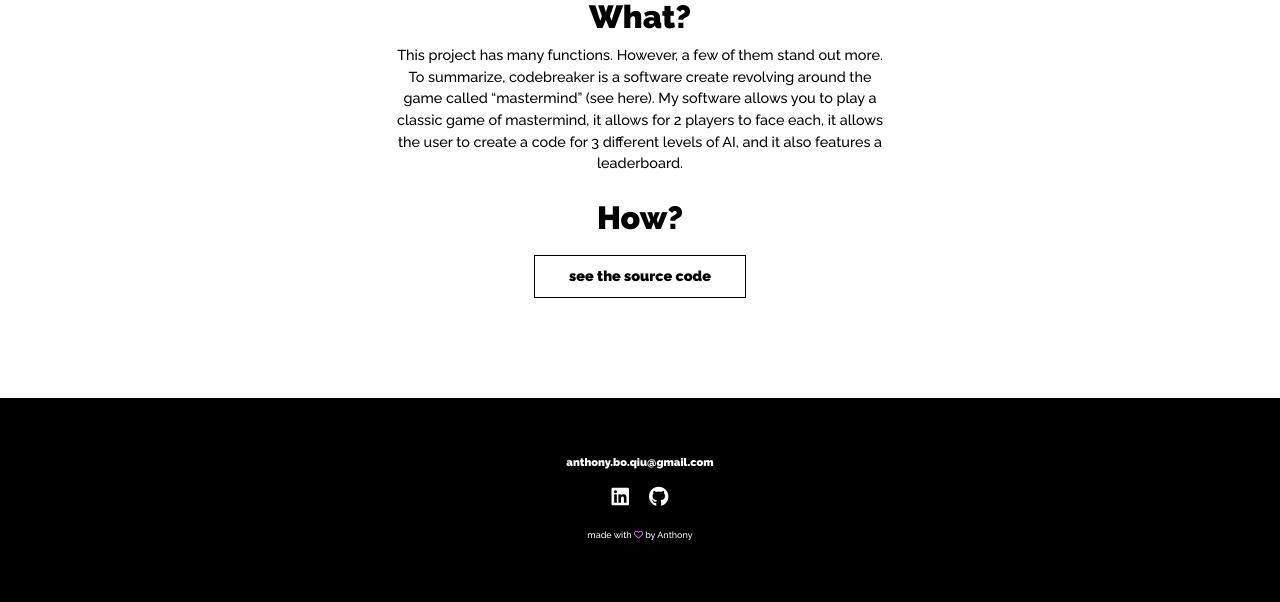
Repository: 7UM1N/anthonyq.github.io
Page: codebreaker.html
These files come from the project's save history. The page is drawn as it stood at one moment and after the next save; the edit follows.
The browser window is 1280 px wide. The pictures show the part of the page from y = 837 to 1789 px (the page is 1439 px tall before and 1848 px after).

Above is the page before, as saved 2023-01-10 19:17:41.

### codebreaker.html
<!DOCTYPE html>
<html lang="en">
    <head>
        <meta charset="UTF-8">
        <meta name="viewport" content="width=device-width, initial-scale=1.0">
        <title>Anthony Qiu</title>
        <link rel="stylesheet" href="https://cdnjs.cloudflare.com/ajax/libs/normalize/8.0.1/normalize.min.css" integrity="sha512-NhSC1YmyruXifcj/KFRWoC561YpHpc5Jtzgvbuzx5VozKpWvQ+4nXhPdFgmx8xqexRcpAglTj9sIBWINXa8x5w==" crossorigin="anonymous" referrerpolicy="no-referrer" />
        <link rel="stylesheet" href="https://cdnjs.cloudflare.com/ajax/libs/font-awesome/6.2.1/css/all.min.css" integrity="sha512-MV7K8+y+gLIBoVD59lQIYicR65iaqukzvf/nwasF0nqhPay5w/9lJmVM2hMDcnK1OnMGCdVK+iQrJ7lzPJQd1w==" crossorigin="anonymous" referrerpolicy="no-referrer" />
        <link rel="stylesheet" href="css/style.css">
        <link rel="preconnect" href="https://fonts.googleapis.com">
        <link rel="preconnect" href="https://fonts.gstatic.com" crossorigin>
        <link href="https://fonts.googleapis.com/css2?family=Raleway:ital,wght@0,100;0,200;0,300;0,400;0,500;0,600;0,700;0,800;0,900;1,100;1,200;1,300;1,400;1,500;1,600;1,700;1,800;1,900&display=swap" rel="stylesheet">
    </head>
    <body>

        <!-- header -->
        <section class="sub-header sub-header-launcho">
            <nav>
                <a class="logo" href="index.html">
                    <strong>ANTHONY</strong> QIU
                </a>
                <div class="nav-links" id="navLinks">
                    <ul>
                        <i class="fa-solid fa-xmark" onclick="hideMenu()"></i>
                        <li><a href="index.html" >HOME</a></li>
                        <li><a href="index.html#projects">PROJECTS</a></li>
                        <li><a href="contact.html">CONTACT</a></li>
                    </ul>
                </div>
                <i class="fa-solid fa-bars" onclick="showMenu()"></i>
            </nav>
            <div class="text-box">
                <h1>Launcho</h1>
                <p>
                    spring powered toy rocket
                </p>
            </div>
            <div class="scroll">
                <p>S C R O L L<br><i class="fa-solid fa-sort-down"></i></p>
            </div>
        </section>

        <!-- content -->
        <section class="portfolio-item-section">
            <h2>What?</h2>
            <p>
                This project has many functions. However, a few of them stand out more. To summarize, codebreaker is a software create revolving around the game called “mastermind” (see here). My software allows you to play a classic game of mastermind, it allows for 2 players to face each, it allows the user to create a code for 3 different levels of AI, and it also features a leaderboard.
            </p>
            <h2>How?</h2>
            <a href="https://github.com/anthonyqiu/codebreaker" download class="hero-btn inverse-btn"><strong>see the source code</strong></a>
        </section>

        <!-- footer -->
        <footer class="footer">
            <a href="mailto:anthony.bo.qiu@gmail.com" class="email">anthony.bo.qiu@gmail.com</a>
            <ul class="socials">
                <li class="socials-item">
                    <a class="social-item-link" href="https://www.linkedin.com/in/anthonyboqiu">
                        <i class="fa-brands fa-linkedin"></i>
                    </a>
                </li>
                <li class="socials-item">
                    <a class="social-item-link" href="https://github.com/anthonyqiu">
                        <i class="fa-brands fa-github"></i>
                    </a>
                </li>
            </ul>
            <P class="love">made with <i class="fa-regular fa-heart"></i> by Anthony</p>
        </footer>

        <!-- javascript-->
        <script src="js/index.js"></script>
    </body>
</html>

### css/style.css
/*custom properties*/
:root {
    --ff-primary: 'Raleway', sans-serif;
    --ff-secondary: 'Raleway', sans-serif;

    --fw-reg: 500;
    --fw-bold: 850;

    --clr-light: #fff;
    --clr-dark: #000000;
    --clr-accent: #e281ff;

    --fs-h1: 3rem;
    --fs-h2: 2rem;
    --fs-h3: 1.25rem;
    --fs-h4: 1.05rem;
    --fs-body: 0.9rem;

    --bs: 0.25em 0.25em 0.75em rgba(0, 0, 0, .25), 0.125em 0.125em 0.25em rgba(0, 0, 0, .15);
}

* {
    margin: 0;
    padding: 0;
    font-family: var(--ff-primary);
}

/* typography */
h1,
h2,
h3 {
    line-height: 1.1;
}

h1, h2, h3, h4 {
    font-weight: var(--fw-bold);
}

h1 {font-size: var(--fs-h1)}
h2 {font-size: var(--fs-h2)}
h3 {
    font-size: var(--fs-h3);
    font-weight: 800;
}
h4 {
    font-size: var(--fs-h4);
}

p {
    font-size: var(--fs-body);
    font-weight: var(--fw-reg);
    line-height: 150%;
    padding: 10px;
}

a:link {
    text-decoration: none;
}

a:visited {
    text-decoration: none;
}

a:hover {
    text-decoration: none;
}

a:active {
    text-decoration: none;
}

strong {font-weight: var(--fw-bold);}

/*header*/
header {
    min-height: 100vh;
    width: 100%;
    background-image: linear-gradient(rgba(4, 9, 30, 0.7), rgba(4, 9, 30, 0.7)), url(../img/blueprint.jpeg);
    background-position: center;
    background-size: cover;
    position: relative;
}

header img {
    max-width: 20vh;
    border-radius: 7%;
}

nav {
    display: flex;
    padding: 2% 6%;
    justify-content: space-between;
    align-items: center;
}

.logo {
    color: var(--clr-light);
    text-decoration: none;
    font-size: var(--fs-h2);
}

.nav-links {
    flex: 1;
    text-align: right;
}

.nav-links ul li {
    list-style: none;
    display: inline-block;
    padding: 8px 12px;
    position: relative;
}

.nav-links ul li a {
    color: var(--clr-light);
    text-decoration: none;
    font-size: var(--fs-body);
}

.nav-links ul li::after {
    content: '';
    width: 0%;
    height: 2px;
    background: var(--clr-light);
    display: block;
    margin: auto;
    transition: 0.5s;
}

.nav-links ul li:hover::after {
    width: 100%;
}

.text-box {
    width: 50%;
    color: var(--clr-light);
    position: absolute;
    top: 50%;
    left: 50%;
    transform: translate(-50%, -50%);
    text-align: center;
}

.text-box p {
    margin: 10px 0 40px;
    color: var(--clr-light);
}

.hero-btn {
    color: var(--clr-light);
    border: 1px solid var(--clr-light);
    display: inline-block;
    text-decoration: none;
    padding: 12px 34px;
    font-size: var(--fs-body);
    background: transparent;
    position: relative;
    cursor: pointer;
    margin-top: 20px;;
}

.hero-btn:hover {
    background: var(--clr-light);
    color: var(--clr-dark);
    transition: 1s;
}

.inverse-btn {
    color: var(--clr-dark);
    border: 1px solid var(--clr-dark);
}

.inverse-btn:hover {
    color: var(--clr-light);
    background: var(--clr-dark);
}

nav .fa-solid {
    display: none;
}

.scroll {
    color: var(--clr-light);
    text-align: center;
    position: absolute;
    top: 96%;
    left: 50%;
    transform: translate(-50%, -50%);
}

/*projects*/

.projects {
    width: 80%;
    margin: auto;
    text-align: center;
    padding-top: 100px;
    padding-bottom: 100px;
}

.projects p {
    color: var(--clr-dark);
}

.projects img {
    width: 12rem;
    height: 18rem;
    border-radius: 10px;
}

.portfolio {
    display: flex;
    flex-wrap: wrap;
    gap: 1.5rem;

    margin: auto;
    align-items: center;
    justify-content: center;
    margin-top: 3rem;
}

.portfolio-item {
    background-position: center;
    background-size: cover;
    position: relative;

    color: var(--clr-light);
    width: 350px;
    height: 500px;
    flex-shrink: 0;
    border-radius: 10px;
    box-sizing: border-box;
    transition: 0.5s;

    display: flex;
    justify-content: center;
    align-items: center;
    flex-direction: column;
}

.portfolio-item h3 {
    color: var(--clr-light);
    width: 150px;
    height: 150px;
    border-style: solid;
    border-width: 0.3rem;
    border-color: var(--clr-light);
    border-radius: 50%;

    position: relative;
    display: flex;
    justify-content: center;
    align-items: center;
    margin: auto;
}

.portfolio-item p {
    color: var(--clr-light);

    display: flex;
    justify-content: center;
    align-items: center;
    margin: auto;
    opacity: 0%;
    transition: 1s;
}

.nerfv2 {
    background-image: linear-gradient(rgba(4, 9, 30, 0.5), rgba(4, 9, 30, 0.5)), url(../img/coming-soon.webp);
}

.launcho {
    background-image: linear-gradient(rgba(4, 9, 30, 0.5), rgba(4, 9, 30, 0.5)), url(../img/launcho/launcho-card.jpg);
}

.codebreaker {
    background-image: linear-gradient(rgba(4, 9, 30, 0.5), rgba(4, 9, 30, 0.5)), url(../img/codebreaker/codebreaker-card.jpg);
}

.saitama {
    background-image: linear-gradient(rgba(4, 9, 30, 0.5), rgba(4, 9, 30, 0.5)), url(../img/saitama/saitama-banner.webp);
}

.this-website {
    background-image: linear-gradient(rgba(4, 9, 30, 0.5), rgba(4, 9, 30, 0.5)), url(../img/this-website/this-website-card.jpeg);
}

.portfolio-item h3 {
    vertical-align: middle;
}

.portfolio-item:hover {
    box-shadow: 0 0 20px 0px rgba(0, 0, 0, 0.80);
    filter: brightness(90%);
}

.portfolio-item:hover p {
    opacity: 100%;
}

.portfolio-item-text {
    position: absolute;
    top: 0;
}

/* footer */
.footer {
    background: var(--clr-dark);
    color: var(--clr-light);
    text-align: center;
    padding: 2.5em 0;
    font-size: var(--fs-h3);
    font-family: var(--ff-secondary);
}

.footer a {
    color: inherit;
    text-decoration: none;
}

.email {
    font-weight: var(--fw-bold);
    font-size: 11px;
}

.email:hover,
.social-item-link:hover {
    transform: scale(2);
    opacity: .5;
}

.email,
.social-item-link {
    transition:
        transform 750ms cubic-bezier(.5, 0, .5, 1),
        opacity 250ms linear;
}

.socials {
    list-style: none;
    display: flex;
    justify-content: center;
    margin: 0.25em 0 0;
    padding: 0;
}

.socials-item {
    margin: - .5em;
}

.socials-item {
    padding: .5em;
}

.love {
    font-size: 9px;
}

.fa-heart {
    color: var(--clr-accent);
}

/* sub header */
.sub-header {
    height: 100vh;
    width: 100%;
    background-image: linear-gradient(rgba(4, 9, 30, 0.7), rgba(4, 9, 30, 0.7)), url(../img/launcho/launcho-card.jpg);
    background-position: center;
    background-size: cover;
    text-align: center;
    margin: auto;
    position: relative;
}
.sub-header-contact {background-image: linear-gradient(rgba(4, 9, 30, 0.7), rgba(4, 9, 30, 0.7)), url(../img/blueprint.jpeg);}
.sub-header-nerfv2 {background-image: linear-gradient(rgba(4, 9, 30, 0.7), rgba(4, 9, 30, 0.7)), url(../img/blueprint.jpeg);}
.sub-header-launcho {background-image: linear-gradient(rgba(4, 9, 30, 0.7), rgba(4, 9, 30, 0.7)), url(../img/launcho/launcho-card.jpg);}
.sub-header-saitama {background-image: linear-gradient(rgba(4, 9, 30, 0.7), rgba(4, 9, 30, 0.7)), url(../img/saitama/saitama-banner.webp);}

.sub-header .text-box {
    border-style: solid;
    border-width: 0.25rem;
    border-color: var(--clr-light);
}

.portfolio-item-section {
    text-align: center;
    padding-top: 100px;
    padding-bottom: 100px;
    width: 40%;

    position: relative;
    display: flex;
    justify-content: center;
    align-items: center;
    margin: auto;
    flex-direction: column;
}

.portfolio-item-section p {
    color: var(--clr-dark);
}

.portfolio-item-section img {
    max-width: 90%;
    max-height: 50vh;
    padding: 2rem;
}

.portfolio-item-section h2,
.portfolio-item-section h3 {
    margin-top: 1rem;
}

.contact {
    padding: 50px;
    width: 40%;
    margin: auto;
    text-align: center;
}

.contact input,
.contact textarea {
    width: 100%;
    padding: 15px;
    margin-bottom: 17px;
    outline: none;
    border: 1px solid var(--clr-dark);
    box-sizing: border-box;
}

/*smaller screens*/
@media(max-width: 800px) {
    .nav-links ul li {
        display: block;
    }

    .nav-links {
        position: fixed;
        background: var(--clr-dark);
        height: 100vh;
        width: 200px;
        top: 0;
        right: -200px;
        text-align: left;
        z-index: 2;
        transition: 1s;
    }

    nav .fa-solid {
        display: block;
        color: var(--clr-light);
        margin: 10px;
        font-size: var(--fs-h3);
        cursor: pointer;
    }

    .text-box {
        width: 90%;
    }

    header img {
        max-width: 10vh;
        border-radius: 3%;
    }

    .portfolio-item-section {
        width: 90%;
    }

    .contact {
        width: 70%;
    }
}

### js/index.js
//toggle menu
var navLinks = document.getElementById("navLinks");

function showMenu(){
    navLinks.style.right = "0";
}

function hideMenu(){
    navLinks.style.right = "-200px";
}

After the next save:
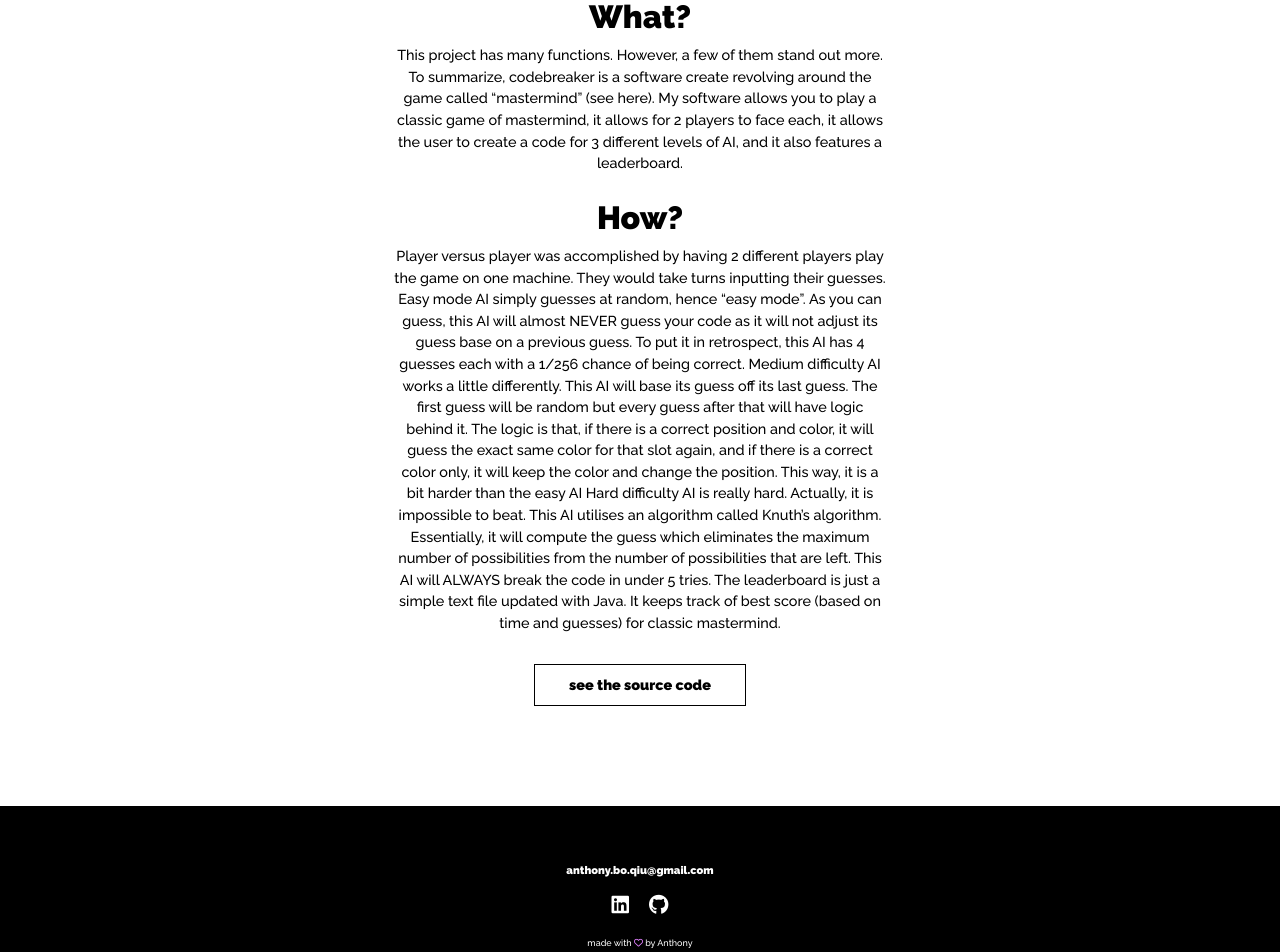
Saved 15 s later.
--- a/codebreaker.html
+++ b/codebreaker.html
@@ -47,6 +47,18 @@
                 This project has many functions. However, a few of them stand out more. To summarize, codebreaker is a software create revolving around the game called “mastermind” (see here). My software allows you to play a classic game of mastermind, it allows for 2 players to face each, it allows the user to create a code for 3 different levels of AI, and it also features a leaderboard.
             </p>
             <h2>How?</h2>
+            <p>
+                Player versus player was accomplished by having 2 different players play the game on one machine. They would take turns inputting their guesses.
+
+Easy mode AI simply guesses at random, hence “easy mode”. As you can guess, this AI will almost NEVER guess your code as it will not adjust its guess base on a previous guess. To put it in retrospect, this AI has 4 guesses each with a 1/256 chance of being correct.
+
+Medium difficulty AI works a little differently. This AI will base its guess off its last guess. The first guess will be random but every guess after that will have logic behind it. The logic is that, if there is a correct position and color, it will guess the exact same color for that slot again, and if there is a correct color only, it will keep the color and change the position. This way, it is a bit harder than the easy AI
+
+Hard difficulty AI is really hard. Actually, it is impossible to beat. This AI utilises an algorithm called Knuth’s algorithm. Essentially, it will compute the guess which eliminates the maximum number of possibilities from the number of possibilities that are left. This AI will ALWAYS break the code in under 5 tries.
+
+The leaderboard is just a simple text file updated with Java. It keeps track of best score (based on time and guesses) for classic mastermind.
+
+            </p>
             <a href="https://github.com/anthonyqiu/codebreaker" download class="hero-btn inverse-btn"><strong>see the source code</strong></a>
         </section>
 
